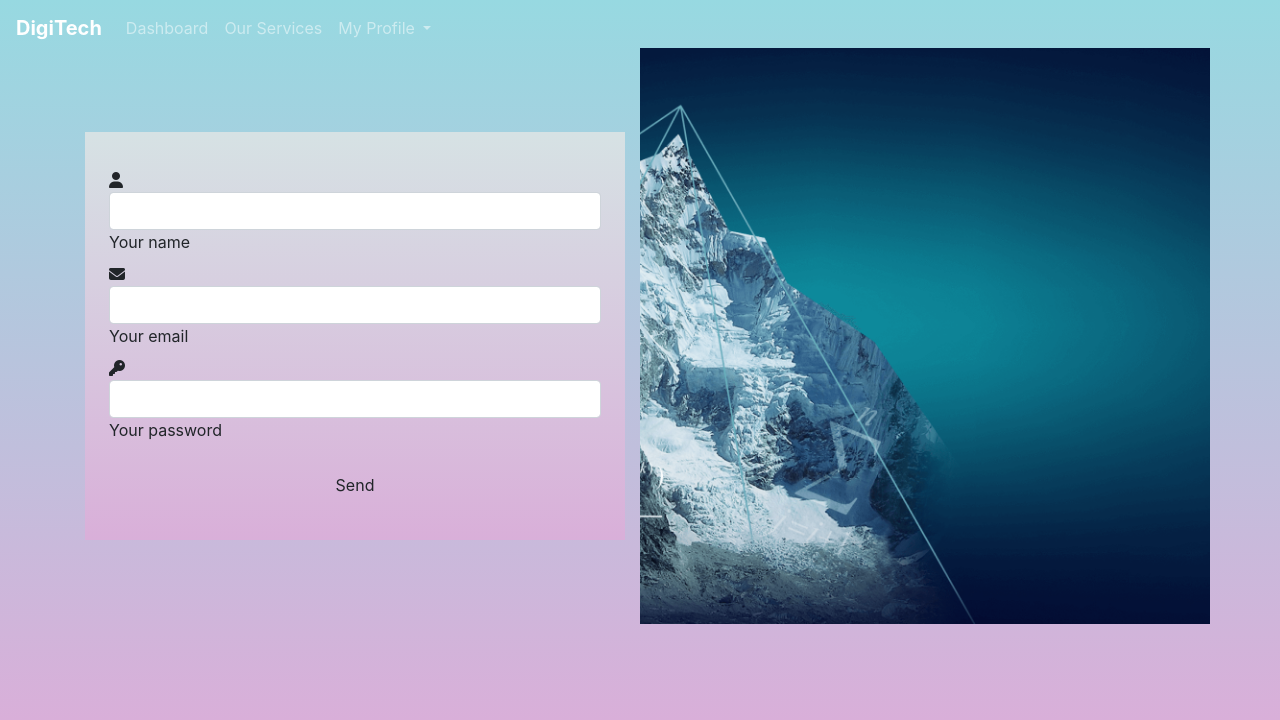
Repository: Tookliin/DigiTech
Page: /register
These files come from the project's save history. The page is drawn as it stood at one moment and after the next save; the edit follows.
The browser window is 1280 px wide. The pictures show the whole page.
The project was rebuilt for these pictures with package versions that can differ from the ones it lists, and the page was loaded fresh each time. Also part of the build but not shown: src/components/Dashboard.vue, src/components/Profile.vue, src/components/Error.vue, src/components/Organization.vue.

Above is the page before, as saved 2020-07-22 12:03:01.

### src/main.js
import Vue from 'vue';
import App from './App.vue';
import VueRouter from 'vue-router';
// import 'bootstrap-icons';
// import 'bootstrap-icons/icons';
import 'jquery';
import 'popper.js';
import 'bootstrap';
import 'bootstrap/dist/css/bootstrap.min.css';
import './assets/css/main.css';
import '@fortawesome/fontawesome-free/css/all.min.css';
import 'bootstrap-css-only/css/bootstrap.min.css';
import Dashboard from './components/Dashboard.vue';
import Profile from './components/Profile';
import Error from './components/Error.vue';
import Register from './components/Register.vue';
import Organization from './components/Organization.vue';

Vue.use(VueRouter);
Vue.config.productionTip = false

const router = new VueRouter({
routes: [
  {path: '/', component: Dashboard},
  {path: '/profile', component: Profile},
  {path: '/register', component: Register},
  {path: '/data', component: Organization},
  {path: '*', component: Error}
],
mode: 'history'
});
new Vue({
  router,
  render: h => h(App)
}).$mount('#app');

### src/App.vue
<template>
  <div id="app">
    <main class="">
  <nav class="navbar fixed-top navbar-expand-lg navbar-dark scrolling-navbar">
        <a class="navbar-brand" href="/"><strong>DigiTech</strong></a>
        <button class="navbar-toggler" type="button" data-toggle="collapse" data-target="#navbarSupportedContent" aria-controls="navbarSupportedContent" aria-expanded="false" aria-label="Toggle navigation">
            <span class="navbar-toggler-icon"></span>
        </button>
        <div class="collapse navbar-collapse" id="navbarSupportedContent">
            <ul class="navbar-nav mr-auto">
              <router-link to="/">
              <a class="nav-link">Dashboard <span class="sr-only">(current)</span></a></router-link>

                <router-link to="/profile">
                  <a class="nav-link" >Our Services</a>
                </router-link>


                 <li class="nav-item dropdown">
          <a class="nav-link dropdown-toggle" id="navbarDropdownMenuLink-4" data-toggle="dropdown" aria-haspopup="true"
            aria-expanded="false">
           My Profile
          </a>
          <div class="dropdown-menu dropdown-menu-right dropdown-info" aria-labelledby="navbarDropdownMenuLink-4">
             <router-link to="/data">
             <a class="dropdown-item">Account</a></router-link>

             <router-link to="/register">
             <a class="dropdown-item">Register</a></router-link>

             <router-link to="/logout">
             <a class="dropdown-item">Log out</a></router-link>



            <!-- <a class="dropdown-item" href="/data">Our Clients</a> -->
          </div>
        </li>
            </ul>
        </div>
    </nav>
    </main>
    <router-view/>
  </div>
</template>
<script>
export default {
  name: "App",
  components:{

  },
  data(){
    return{}
  }
}
</script>

### src/assets/css/main.css
html,
body,
header,
.view {
  height: 100%;
}

.navbar {
    background-color: transparent;
}

@media (max-width: 740px) {
  html,
  body,
  header,
  .view {
    height: 1200px;
  }
}
@media (min-width: 800px) and (max-width: 850px) {
  html,
  body,
  header,
  .view {
    height: 700px;
  }
}

.top-nav-collapse {
  background-color: #39448c !important;
}

.navbar:not(.top-nav-collapse) {
  background: transparent !important;
}

@media (max-width: 991px) {
 .navbar:not(.top-nav-collapse) {
  background: #39448c !important;
 }
}

.far{
    color: red;
}

.dashboard{
    background-color: #21D4FD;
background-image: -webkit-linear-gradient(19deg, #21D4FD 0%, #B721FF 100%);
background-image: -moz-linear-gradient(19deg, #21D4FD 0%, #B721FF 100%);
background-image: -o-linear-gradient(19deg, #21D4FD 0%, #B721FF 100%);
background-image: linear-gradient(19deg, #21D4FD 0%, #B721FF 100%);
}

.profile{
background-color: #D9AFD9;
background-image: -webkit-linear-gradient(0deg, #D9AFD9 0%, #97D9E1 100%);
background-image: -moz-linear-gradient(0deg, #D9AFD9 0%, #97D9E1 100%);
background-image: -o-linear-gradient(0deg, #D9AFD9 0%, #97D9E1 100%);
background-image: linear-gradient(0deg, #D9AFD9 0%, #97D9E1 100%);

}

.register-form{
    background-color: #D9AFD9;
    background-image: -webkit-linear-gradient(0deg, #e6d9e6 0%, #97D9E1 100%);
    background-image: -moz-linear-gradient(0deg, #D9AFD9 0%, #97D9E1 100%);
    background-image: -o-linear-gradient(0deg, #D9AFD9 0%, #97D9E1 100%);
    background-image: linear-gradient(0deg, #D9AFD9 0%, #d6e2e4 100%);

}
.register{

background-image: url("../images/sd.png");
background-position: center;
background-size: cover;
}


.analytics{
background-image: url("../images/sd.png");
background-position: center;
background-size: cover;
height: 80vh;


}


 .data{
    /* background-color: #FAACA8;
background-image: -webkit-linear-gradient(19deg, #FAACA8 0%, #DDD6F3 100%);
background-image: -moz-linear-gradient(19deg, #FAACA8 0%, #DDD6F3 100%);
background-image: -o-linear-gradient(19deg, #FAACA8 0%, #DDD6F3 100%);
background-image: linear-gradient(19deg, #FAACA8 0%, #DDD6F3 100%); */
background-image: url("../images/dsa.jpg");
background-position: center;
background-size: cover;;

 }

 .client-card{
     background-color: #FAACA8;
background-image: -webkit-linear-gradient(19deg, #FAACA8 0%, #DDD6F3 100%);
background-image: -moz-linear-gradient(19deg, #FAACA8 0%, #DDD6F3 100%);
background-image: -o-linear-gradient(19deg, #FAACA8 0%, #DDD6F3 100%);
background-image: linear-gradient(19deg, #FAACA8 0%, #DDD6F3 100%);
 }

 .customer-churn{
     /* background-attachment: fixed; */
     background-image: url("../images/ad.gif");
     background-position: center;
     background-size: cover;;
 }
.sales{
    background-color: #21D4FD;
    background-image: -webkit-linear-gradient(19deg, #21D4FD 0%, #B721FF 100%);
    background-image: -moz-linear-gradient(19deg, #21D4FD 0%, #B721FF 100%);
    background-image: -o-linear-gradient(19deg, #21D4FD 0%, #B721FF 100%);
    background-image: linear-gradient(19deg, #21D4FD 0%, #B721FF 100%);
}

.subscription{
    background-color: #8EC5FC;
    background-image: -webkit-linear-gradient(62deg, #8EC5FC 0%, #E0C3FC 100%);
    background-image: -moz-linear-gradient(62deg, #8EC5FC 0%, #E0C3FC 100%);
    background-image: -o-linear-gradient(62deg, #8EC5FC 0%, #E0C3FC 100%);
    background-image: linear-gradient(62deg, #8EC5FC 0%, #E0C3FC 100%);

}

.traffic{
    background-color: #FBAB7E;
    background-image: -webkit-linear-gradient(62deg, #FBAB7E 0%, #F7CE68 100%);
    background-image: -moz-linear-gradient(62deg, #FBAB7E 0%, #F7CE68 100%);
    background-image: -o-linear-gradient(62deg, #FBAB7E 0%, #F7CE68 100%);
    background-image: linear-gradient(62deg, #FBAB7E 0%, #F7CE68 100%);

}

.organic{
    background-color: #FBDA61;
    background-image: -webkit-linear-gradient(45deg, #FBDA61 0%, #FF5ACD 100%);
    background-image: -moz-linear-gradient(45deg, #FBDA61 0%, #FF5ACD 100%);
    background-image: -o-linear-gradient(45deg, #FBDA61 0%, #FF5ACD 100%);
    background-image: linear-gradient(45deg, #FBDA61 0%, #FF5ACD 100%);

}

### src/components/Register.vue
<template>
    <div>
        <header>
  <div class="">
    <!-- Mask & flexbox options-->
    <div class="profile" style="height: 100vh;">
      <!-- Content -->
      <div class="container h-100" >

        <div class="row align-items-center">

          <div class=" col-md-6">
                <div class="register-form">
              <div class="card-body z-depth-2 px-4">
                <div class="md-form mt-3">
                  <i class="fa fa-user prefix grey-text"></i>
                  <input type="text" id="form3" class="form-control">
                  <label for="form3">Your name</label>
                </div>
                <div class="md-form">
                  <i class="fa fa-envelope prefix grey-text"></i>
                  <input type="text" id="form2" class="form-control">
                  <label for="form2">Your email</label>
                </div>
                <div class="md-form">
                  <i class="fas fa-key prefix grey-text"></i>
                  <input type="text" id="form4" class="form-control">
                  <label for="form4">Your password</label>
                </div>
                <div class="text-center my-3">
                  <button class="btn btn-indigo btn-block">Send</button>
                </div>
              </div>
            </div>
          </div>

          <div class="analytics col-md-6 my-5 pt-5">
            <!-- <img src="https://mdbootstrap.com/img/illustrations/hiker-man-colour.svg" alt="" class="img-fluid"> -->
          </div>

        </div>

      </div>

    </div>

  </div>
  <!-- Full Page Intro -->

</header>
<!-- Main navigation -->
    </div>
</template>

<script>
export default {
    name: 'Register',
    components:{},
    data(){
        return{

        }
    }
}
</script>

Loaded but not shown: public/index.html (common file)

After the next save:
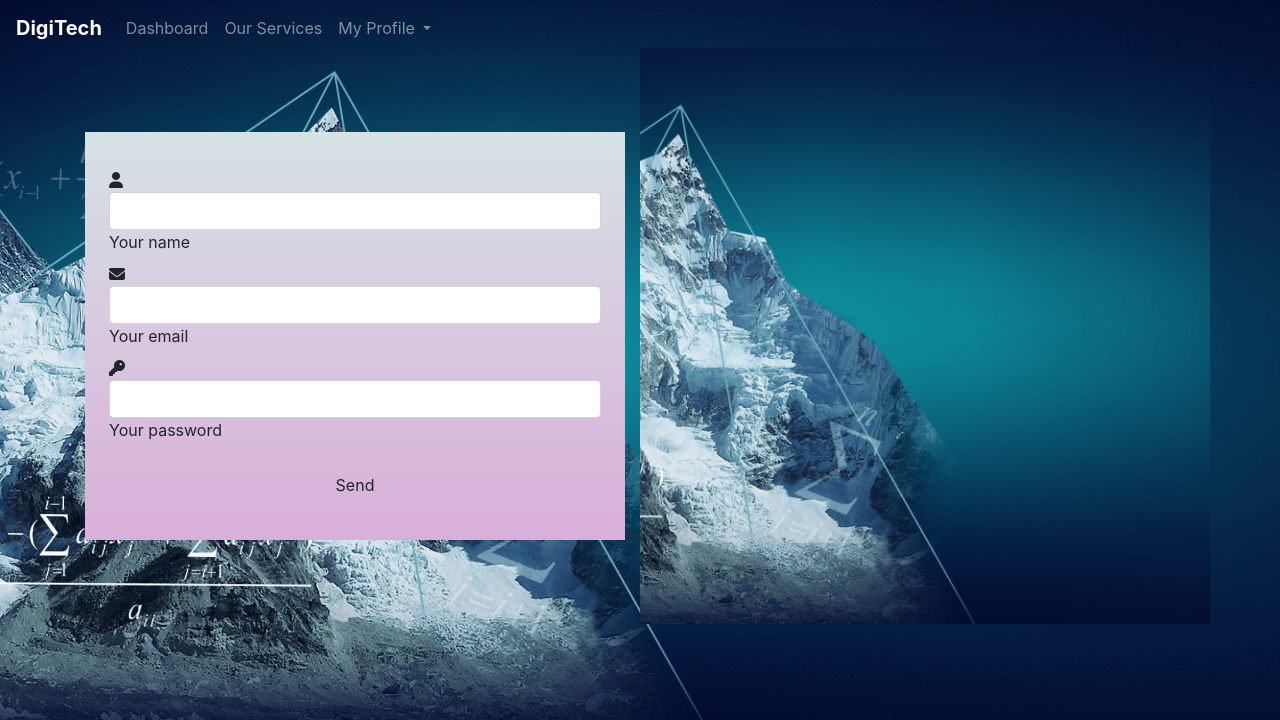
Saved 14 s later.
--- a/src/components/Register.vue
+++ b/src/components/Register.vue
@@ -3,7 +3,7 @@
         <header>
   <div class="">
     <!-- Mask & flexbox options-->
-    <div class="profile" style="height: 100vh;">
+    <div class="register" style="height: 100vh;">
       <!-- Content -->
       <div class="container h-100" >
 
